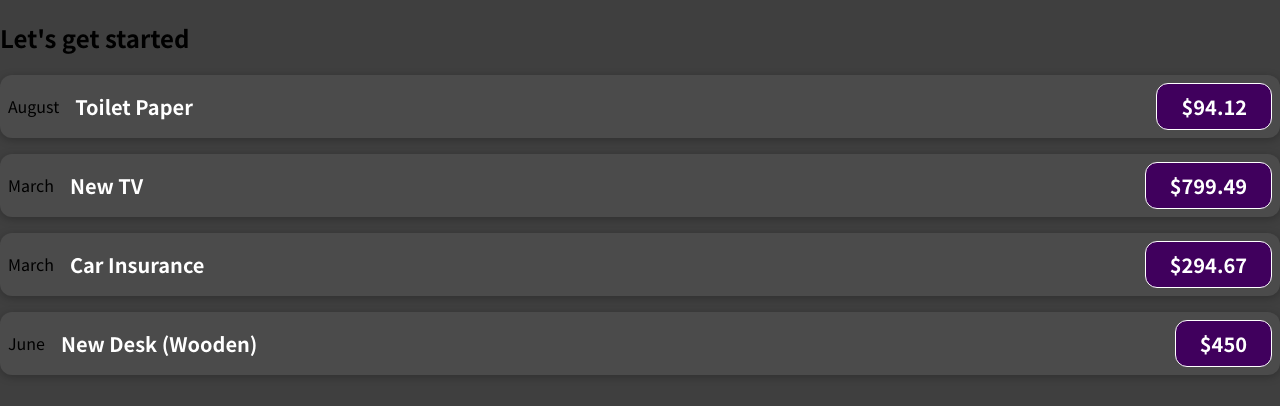
Repository: runner855/expense-tracker
Page: /
An editor plug-in stored every save of this project. The page is shown before and after the next save, followed by the edit.
The browser window is 1280 px wide. The pictures show the whole page.
The project was rebuilt for these pictures with package versions that can differ from the ones it lists, and the page was loaded fresh each time.

Above is the page before, as saved 2022-09-02 15:16:26.

### src/index.js
import React from 'react';
import ReactDOM from 'react-dom/client';
import expenses from './data/expenses.json';
import './styles/index.css';
import App from './components/App';

const root = ReactDOM.createRoot(document.getElementById('root'));
root.render(
  <React.StrictMode>
    <App expenses={expenses.expenses} />
  </React.StrictMode>
);

### src/data/expenses.json
{
  "expenses": [
    {
      "id": "e1",
      "title": "Toilet Paper",
      "amount": 94.12,
      "date": 1597408017000
    },
    {
      "id": "e2",
      "title": "New TV",
      "amount": 799.49,
      "date": 1615552017000
    },
    {
      "id": "e3",
      "title": "Car Insurance",
      "amount": 294.67,
      "date": 1616934417000
    },
    {
      "id": "e4",
      "title": "New Desk (Wooden)",
      "amount": 450,
      "date": 1623500817000
    }
  ]
}

### src/components/App.js
import React from 'react';
import ExpenseItem from '../components/ExpenseItem';


const App = (props) => {
  console.log(props)





  return (
    <div className="App">
      <h2>Let's get started</h2>
      <ExpenseItem date={props.expenses[0].date} title={props.expenses[0].title} amount={props.expenses[0].amount} />
      <ExpenseItem date={props.expenses[1].date} title={props.expenses[1].title} amount={props.expenses[1].amount} />
      <ExpenseItem date={props.expenses[2].date} title={props.expenses[2].title} amount={props.expenses[2].amount} />
      <ExpenseItem date={props.expenses[3].date} title={props.expenses[3].title} amount={props.expenses[3].amount} />






    </div>
  );
}

export default App;

### src/components/ExpenseItem.js
import React from 'react';
import '../styles/ExpenseItem.css'
import moment from 'moment';


const ExpenseItem = (props) => {

  const { date, title, amount } = props;
  const month = moment(date).format(' MMMM')
  const year = moment(date).format(" YYYY ")
  const day = moment(date).format('dd')


  return (
    <div className='expense-item'>
      <div className='expense-item__date'>
        {month}
      </div>
      <div className='expense-item__description'>
        <h2>{`${title}`}</h2>
        <div className='expense-item__price'>
          ${`${amount}`}
        </div>
      </div>
    </div>)
}

export default ExpenseItem;

### src/styles/ExpenseItem.css
.expense-item {
  display: flex;
  justify-content: space-between;
  align-items: center;
  box-shadow: 0 2px 8px rgba(0, 0, 0, 0.25);
  padding: 0.5rem;
  margin: 1rem 0;
  border-radius: 12px;
  background-color: #4b4b4b;
}

.expense-item__description {
  display: flex;
  flex-direction: column;
  gap: 1rem;
  align-items: flex-end;
  flex-flow: column-reverse;
  justify-content: flex-start;
  flex: 1;
}

.expense-item h2 {
  color: #3a3a3a;
  font-size: 1rem;
  flex: 1;
  margin: 0 1rem;
  color: white;
}

.expense-item__price {
  font-size: 1rem;
  font-weight: bold;
  color: white;
  background-color: #40005d;
  border: 1px solid white;
  padding: 0.5rem;
  border-radius: 12px;
}

@media (min-width: 580px) {
  .expense-item__description {
    flex-direction: row;
    align-items: center;
    justify-content: flex-start;
    flex: 1;
  }

  .expense-item__description h2 {
    font-size: 1.25rem;
  }

  .expense-item__price {
    font-size: 1.25rem;
    padding: 0.5rem 1.5rem;
  }
}

Loaded but not shown: public/index.html (common file); src/styles/index.css (common file)

After the next save:
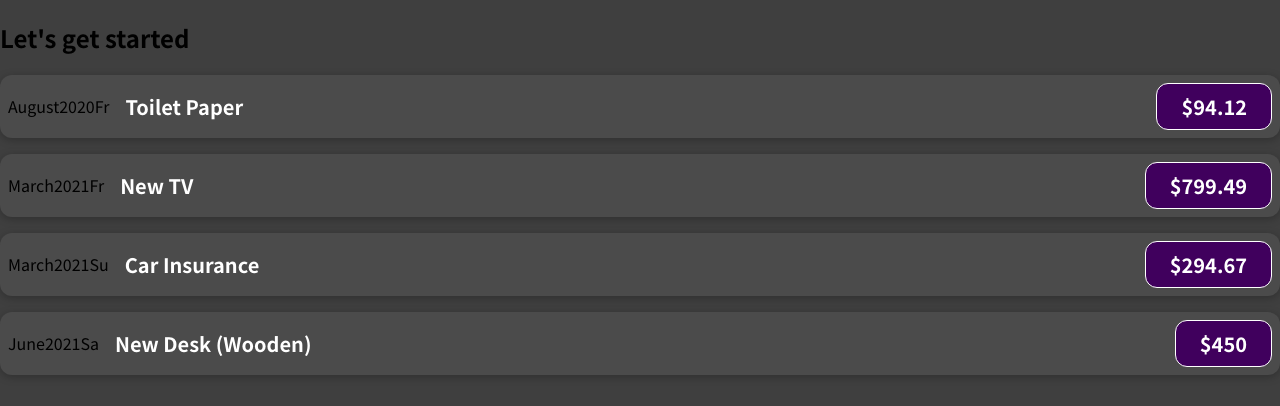
Saved 59 s later.
--- a/src/components/ExpenseItem.js
+++ b/src/components/ExpenseItem.js
@@ -13,9 +13,9 @@ const ExpenseItem = (props) => {
 
   return (
     <div className='expense-item'>
-      <div className='expense-item__date'>
-        {month}
-      </div>
+      <div>{month}</div>
+      <div>{year}</div>
+      <div>{day}</div>
       <div className='expense-item__description'>
         <h2>{`${title}`}</h2>
         <div className='expense-item__price'>
